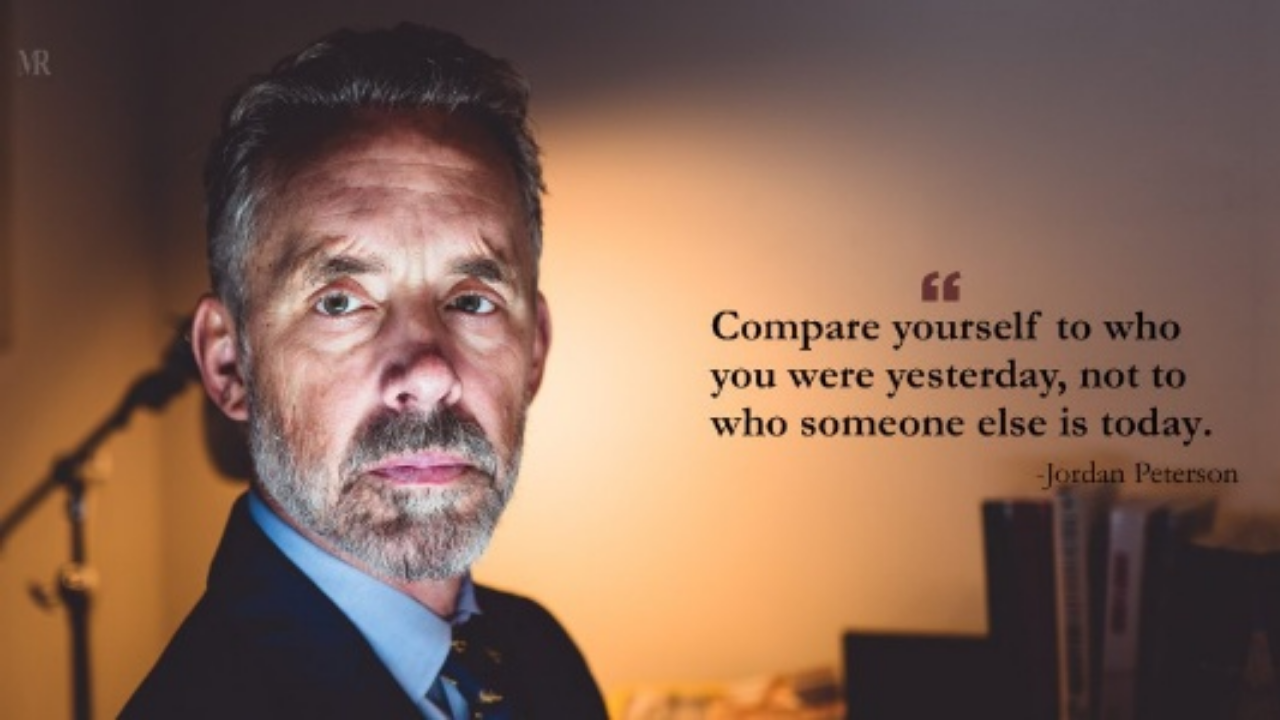
Repository: fechinmitchell/MFM
Page: blocked.html
The author's editor kept a copy of each file at every save. The page is drawn from the files as they stood at one save, then again after the next save.
The browser window is 1280 px wide. The pictures show the whole page.

Above is the page before, as saved 2023-07-07 22:26:31.

After the next save:
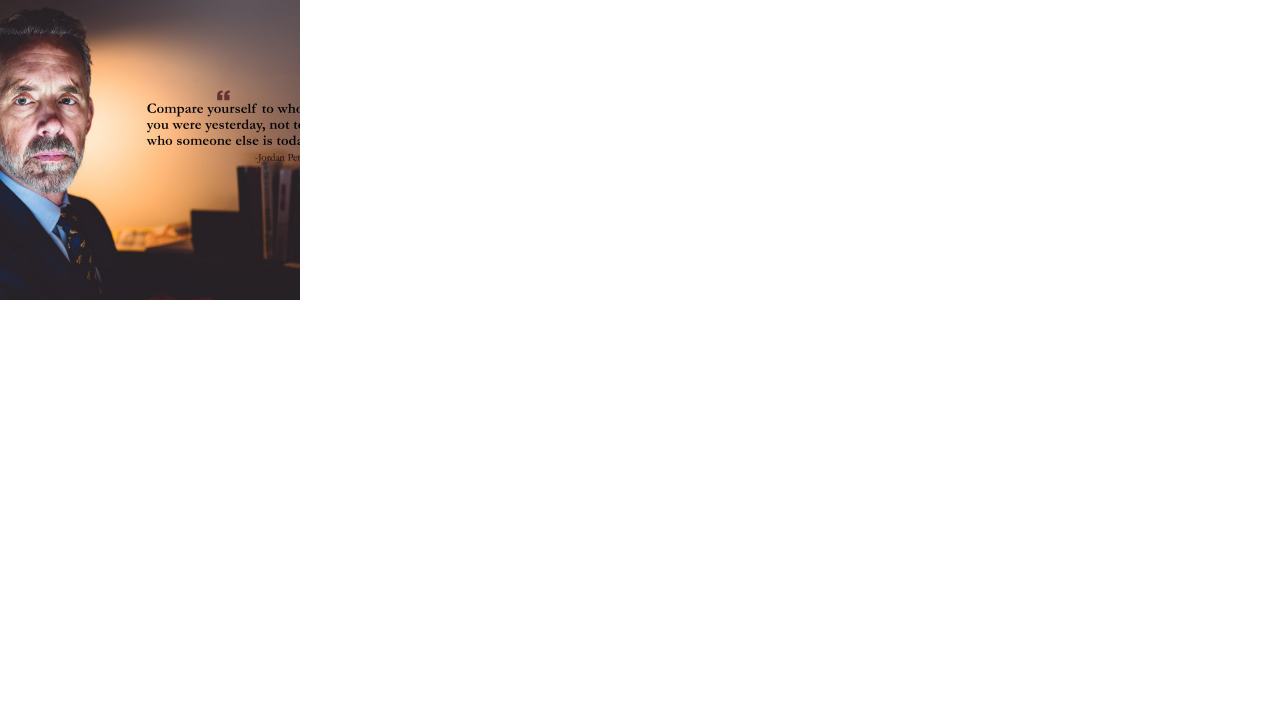
Saved 99 s later.
--- a/blocked.html
+++ b/blocked.html
@@ -1,15 +1,6 @@
 <!DOCTYPE html>
 <html>
-<head>
-    <style>
-        body {
-            background-image: url('images/blocked.jpg');
-            background-repeat: no-repeat;
-            background-attachment: fixed;
-            background-size: cover;
-        }
-    </style>
-</head>
-<body>
+<body style="width:300px;height:300px;margin:0;">
+  <img src="images/blocked.jpeg" style="width:100%;height:100%;object-fit:cover;">
 </body>
 </html>
